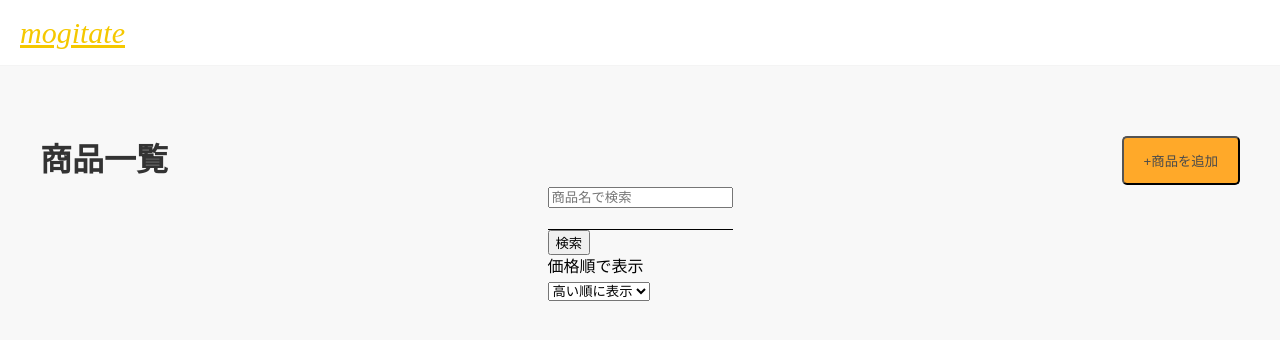
Repository: SuzukiFuminori/test-fruit
Page: http://localhost/products
These files come from the project's save history. The page is drawn as it stood at one moment and after a run of saves; the edit follows.
The browser window is 1280 px wide. The pictures show the whole page.
The page is served by the project's Laravel application, run on PHP 8.4 with Laravel 8. Other server files are loaded and not shown. Queries for data that is not in the repository find no rows.

Above is the page before, as saved 2024-12-30 05:02:32.

### src/routes/web.php
<?php

use Illuminate\Support\Facades\Route;
use App\Http\Controllers\ProductController;

/*
|--------------------------------------------------------------------------
| Web Routes
|--------------------------------------------------------------------------
|
| Here is where you can register web routes for your application. These
| routes are loaded by the RouteServiceProvider within a group which
| contains the "web" middleware group. Now create something great!
|
*/

Route::get('/products', [ProductController::class, 'index']);
Route::get('/products/register', [ProductController::class, 'add']);

### src/app/Http/Controllers/ProductController.php
<?php

namespace App\Http\Controllers;
use App\Models\Product;
use Illuminate\Http\Request;

class ProductController extends Controller
{
    // 商品一覧ページの表示
    public function index()
    {
        $products = Product::all();
        return view('index', ['products' => $products]);
    }

    // 商品登録ページの表示
    public function add()
    {
        return view('add');
    }
}

### src/resources/views/index.blade.php
@extends('layouts.default')

@section('title', '商品一覧')

@section('css')
<link rel="stylesheet" href="{{ asset('css/index.css') }}">
@endsection

@section('content')
  <div class="content">
    <div class="content__inner">
      <div class="content-heading">
        <div class="content-heading__title">
          @yield('title')
        </div>
        <div class="content-heading__button">
          <button class="content-heading__button-submit" type="submit">+商品を追加</button>
        </div>
      </div>
      <div class="content-container">
        <div class="search-wrapper">
          <div class="search__input">
            <input type="search" name="name" placeholder="商品名で検索">
          </div>
          <div class="search__button">
            <button class="search__button-submit" >検索</button>
          </div>
          <div class="sort">
            <div class="sort__content">価格順で表示</div>
            <div class="sort__select">
              <select name="select" placeholder="価格で並べ替え">
                <option value="">高い順に表示</option>
                <option value="">低い順に表示</option>
              </select>
            </div>
          </div>
        </div>
      </div>
    </div>
  </div>
@endsection

### src/resources/views/layouts/default.blade.php
<!DOCTYPE html>
<html lang="ja">

<head>
  <meta charset="UTF-8">
  <meta name="viewport" content="width=device-width, initial-scale=1.0">
  <title>@yield('title')</title>
  <link rel="stylesheet" href="{{ asset('css/sanitize.css') }}">
  <link rel="stylesheet" href="{{ asset('css/common.css') }}">
  @yield('css')
</head>

<body>
  <header class="header">
    <div class="header__inner">
      <a class="header__logo" href="/">
        mogitate
      </a>
    </div>
  </header>
  <main>
    @yield('content')
  </main>
</body>

</html>

### src/public/css/sanitize.css
/* Document
* ========================================================================== */

/**
* Add border box sizing in all browsers (opinionated).
*/

*,
::before,
::after {
  box-sizing: border-box;
}

/**
* 1. Add text decoration inheritance in all browsers (opinionated).
* 2. Add vertical alignment inheritance in all browsers (opinionated).
*/

::before,
::after {
  vertical-align: inherit;
  /* 2 */
  text-decoration: inherit;
  /* 1 */
}

/**
* 1. Use the default cursor in all browsers (opinionated).
* 2. Change the line height in all browsers (opinionated).
* 3. Use a 4-space tab width in all browsers (opinionated).
* 4. Remove the grey highlight on links in iOS (opinionated).
* 5. Prevent adjustments of font size after orientation changes in
*    IE on Windows Phone and in iOS.
* 6. Breaks words to prevent overflow in all browsers (opinionated).
*/

html {
  word-break: break-word;
  /* 6 */
  -moz-tab-size: 4;
  /* 3 */
  tab-size: 4;
  /* 3 */
  line-height: 1.5;
  /* 2 */
  cursor: default;
  /* 1 */

  -webkit-tap-highlight-color: transparent
    /* 4 */
  ;
  -ms-text-size-adjust: 100%;
  /* 5 */
  -webkit-text-size-adjust: 100%;
  /* 5 */
}

/* Sections
* ========================================================================== */

/**
* Remove the margin in all browsers (opinionated).
*/

body {
  margin: 0;
}

/**
* Correct the font size and margin on `h1` elements within `section` and
* `article` contexts in Chrome, Edge, Firefox, and Safari.
*/

h1 {
  margin: 0.67em 0;
  font-size: 2em;
}

/* Grouping content
* ========================================================================== */

/**
* Remove the margin on nested lists in Chrome, Edge, IE, and Safari.
*/

dl dl,
dl ol,
dl ul,
ol dl,
ul dl {
  margin: 0;
}

/**
* Remove the margin on nested lists in Edge 18- and IE.
*/

ol ol,
ol ul,
ul ol,
ul ul {
  margin: 0;
}

/**
* 1. Add the correct sizing in Firefox.
* 2. Show the overflow in Edge 18- and IE.
*/

hr {
  overflow: visible;
  /* 2 */
  height: 0;
  /* 1 */
}

/**
* Add the correct display in IE.
*/

main {
  display: block;
}

/**
* Remove the list style on navigation lists in all browsers (opinionated).
*/

nav ol,
nav ul {
  padding: 0;
  list-style: none;
}

/**
* 1. Correct the inheritance and scaling of font size in all browsers.
* 2. Correct the odd `em` font sizing in all browsers.
*/

pre {
  font-size: 1em;
  /* 2 */
  font-family: monospace, monospace;
  /* 1 */
}

/* Text-level semantics
* ========================================================================== */

/**
* Remove the gray background on active links in IE 10.
*/

a {
  background-color: transparent;
}

/**
* Add the correct text decoration in Edge 18-, IE, and Safari.
*/

abbr[title] {
  text-decoration: underline;
  text-decoration: underline dotted;
}

/**
* Add the correct font weight in Chrome, Edge, and Safari.
*/

b,
strong {
  font-weight: bolder;
}

/**
* 1. Correct the inheritance and scaling of font size in all browsers.
* 2. Correct the odd `em` font sizing in all browsers.
*/

code,
kbd,
samp {
  font-size: 1em;
  /* 2 */
  font-family: monospace, monospace;
  /* 1 */
}

/**
* Add the correct font size in all browsers.
*/

small {
  font-size: 80%;
}

/* Embedded content
* ========================================================================== */

/*
* Change the alignment on media elements in all browsers (opinionated).
*/

audio,
canvas,
iframe,
img,
svg,
video {
  vertical-align: middle;
}

/**
* Add the correct display in IE 9-.
*/

audio,
video {
  display: inline-block;
}

/**
* Add the correct display in iOS 4-7.
*/

audio:not([controls]) {
  display: none;
  height: 0;
}

/**
* Remove the border on iframes in all browsers (opinionated).
*/

iframe {
  border-style: none;
}

/**
* Remove the border on images within links in IE 10-.
*/

img {
  border-style: none;
}

/**
* Change the fill color to match the text color in all browsers (opinionated).
*/

svg:not([fill]) {
  fill: currentColor;
}

/**
* Hide the overflow in IE.
*/

svg:not(:root) {
  overflow: hidden;
}

/* Tabular data
* ========================================================================== */

/**
* Collapse border spacing in all browsers (opinionated).
*/

table {
  border-collapse: collapse;
}

/* Forms
* ========================================================================== */

/**
* Remove the margin on controls in Safari.
*/

button,
input,
select {
  margin: 0;
}

/**
* 1. Show the overflow in IE.
* 2. Remove the inheritance of text transform in Edge 18-, Firefox, and IE.
*/

button {
  overflow: visible;
  /* 1 */
  text-transform: none;
  /* 2 */
}

/**
* Correct the inability to style buttons in iOS and Safari.
*/

button,
[type="button"],
[type="reset"],
[type="submit"] {
  -webkit-appearance: button;
}

/**
* 1. Change the inconsistent appearance in all browsers (opinionated).
* 2. Correct the padding in Firefox.
*/

fieldset {
  padding: 0.35em 0.75em 0.625em;
  /* 2 */
  border: 1px solid #a0a0a0;
  /* 1 */
}

/**
* Show the overflow in Edge 18- and IE.
*/

input {
  overflow: visible;
}

/**
* 1. Correct the text wrapping in Edge 18- and IE.
* 2. Correct the color inheritance from `fieldset` elements in IE.
*/

legend {
  display: table;
  /* 1 */
  max-width: 100%;
  /* 1 */
  color: inherit;
  /* 2 */
  white-space: normal;
  /* 1 */
}

/**
* 1. Add the correct display in Edge 18- and IE.
* 2. Add the correct vertical alignment in Chrome, Edge, and Firefox.
*/

progress {
  display: inline-block;
  /* 1 */
  vertical-align: baseline;
  /* 2 */
}

/**
* Remove the inheritance of text transform in Firefox.
*/

select {
  text-transform: none;
}

/**
* 1. Remove the margin in Firefox and Safari.
* 2. Remove the default vertical scrollbar in IE.
* 3. Change the resize direction in all browsers (opinionated).
*/

textarea {
  overflow: auto;
  /* 2 */
  margin: 0;
  /* 1 */
  resize: vertical;
  /* 3 */
}

/**
* Remove the padding in IE 10-.
*/

[type="checkbox"],
[type="radio"] {
  padding: 0;
}

/**
* 1. Correct the odd appearance in Chrome, Edge, and Safari.
* 2. Correct the outline style in Safari.
*/

[type="search"] {
  outline-offset: -2px;
  /* 2 */

  -webkit-appearance: textfield;
  /* 1 */
}

/**
* Correct the cursor style of increment and decrement buttons in Safari.
*/

::-webkit-inner-spin-button,
::-webkit-outer-spin-button {
  height: auto;
}

/**
* Correct the text style of placeholders in Chrome, Edge, and Safari.
*/

::-webkit-input-placeholder {
  color: inherit;
  opacity: 0.54;
}

/**
* Remove the inner padding in Chrome, Edge, and Safari on macOS.
*/

::-webkit-search-decoration {
  -webkit-appearance: none;
}

/**
* 1. Correct the inability to style upload buttons in iOS and Safari.
* 2. Change font properties to `inherit` in Safari.
*/

::-webkit-file-upload-button {
  font: inherit;
  /* 2 */

  -webkit-appearance: button;
  /* 1 */
}

/**
* Remove the inner border and padding of focus outlines in Firefox.
*/

::-moz-focus-inner {
  padding: 0;
  border-style: none;
}

/**
* Restore the focus outline styles unset by the previous rule in Firefox.
*/

:-moz-focusring {
  outline: 1px dotted ButtonText;
}

/**
* Remove the additional :invalid styles in Firefox.
*/

:-moz-ui-invalid {
  box-shadow: none;
}

/* Interactive
* ========================================================================== */

/*
* Add the correct display in Edge 18- and IE.
*/

details {
  display: block;
}

/*
* Add the correct styles in Edge 18-, IE, and Safari.
*/

dialog {
  position: absolute;
  right: 0;
  left: 0;
  display: block;
  margin: auto;
  padding: 1em;
  width: -moz-fit-content;
  width: -webkit-fit-content;
  width: fit-content;
  height: -moz-fit-content;
  height: -webkit-fit-content;
  height: fit-content;
  border: solid;
  background-color: white;
  color: black;
}

dialog:not([open]) {
  display: none;
}

/*
* Add the correct display in all browsers.
*/

summary {
  display: list-item;
}

/* Scripting
* ========================================================================== */

/**
* Add the correct display in IE 9-.
*/

canvas {
  display: inline-block;
}

/**
* Add the correct display in IE.
*/

template {
  display: none;
}

/* User interaction
* ========================================================================== */

/*
* 1. Remove the tapping delay in IE 10.
* 2. Remove the tapping delay on clickable elements
in all browsers (opinionated).
*/

a,
area,
button,
input,
label,
select,
summary,
textarea,
[tabindex] {
  -ms-touch-action: manipulation;
  /* 1 */
  touch-action: manipulation;
  /* 2 */
}

/**
* Add the correct display in IE 10-.
*/

[hidden] {
  display: none;
}

/* Accessibility
* ========================================================================== */

/**
* Change the cursor on busy elements in all browsers (opinionated).
*/

[aria-busy="true"] {
  cursor: progress;
}

/*
* Change the cursor on control elements in all browsers (opinionated).
*/

[aria-controls] {
  cursor: pointer;
}

/*
* Change the cursor on disabled, not-editable, or otherwise
* inoperable elements in all browsers (opinionated).
*/

[aria-disabled="true"],
[disabled] {
  cursor: not-allowed;
}

/*
* Change the display on visually hidden accessible elements
* in all browsers (opinionated).
*/

[aria-hidden="false"][hidden] {
  display: initial;
}

[aria-hidden="false"][hidden]:not(:focus) {
  position: absolute;
  clip: rect(0, 0, 0, 0);
}

### src/public/css/common.css
.header {
  background: white;
}

.header__inner {
  margin: 0 auto;
  padding: 10px 20px;
  border-bottom: solid 1px #f4f4f4;
}

.header__logo {
  font-family: jsMath-cmti10;
  font-size: 30px;
  color: #F5C800;
  font-weight: 500;
  font-style: italic;
}

### src/public/css/index.css
.content {
  background: #f8f8f8;
}

.content__inner {
  margin: 0 auto;
  padding: 70px 0;
}

.content-heading {
  display: flex;
  justify-content: space-between;
  margin: 0 auto;
  padding: 0 40px 0;
}

.content-heading__title {
  font-family: "Hiragino Kaku Gothic Pro";
  font-size: 32px;
  color: #333333;
  font-weight: 600;
}

.content-heading__button-submit {
  padding: 13px 20px;
  background:#ffa929;
  color: #4B4B4B;
  border-radius: 5px;
}

.content-container {
  display: flex;
  justify-content: center;
  padding: 0 40px 0;
}

.search__input {
  padding-bottom: 20px;
  border-bottom: solid 1px;
}

.search__button {
  padding: 10px auto;
  background: #
}

Loaded but not shown: src/app/Http/Controllers/Controller.php (common file); src/app/Models/Product.php (common file)

After the next 3 saves:
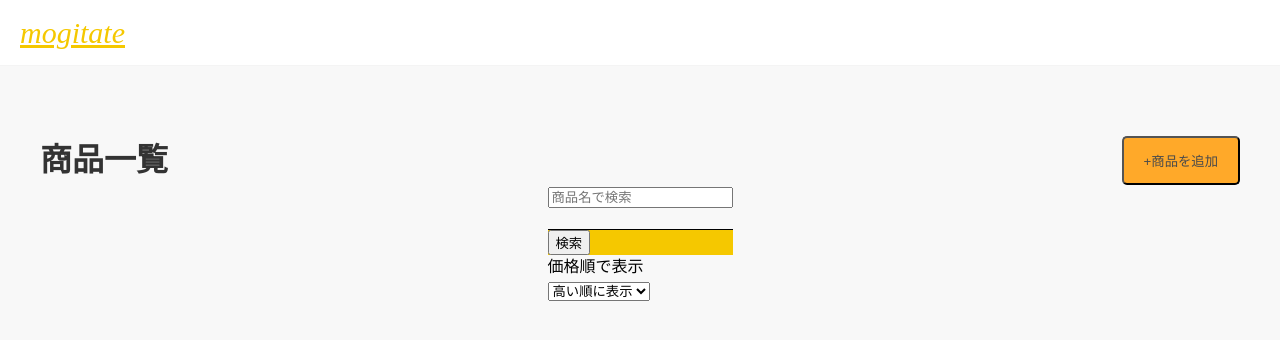
The 3 saves are shown as one change because they came seconds apart.
The last was saved 9 s later.
--- a/src/public/css/index.css
+++ b/src/public/css/index.css
@@ -41,5 +41,5 @@
 
 .search__button {
   padding: 10px auto;
-  background: #
+  background: #F5C800;
 }
